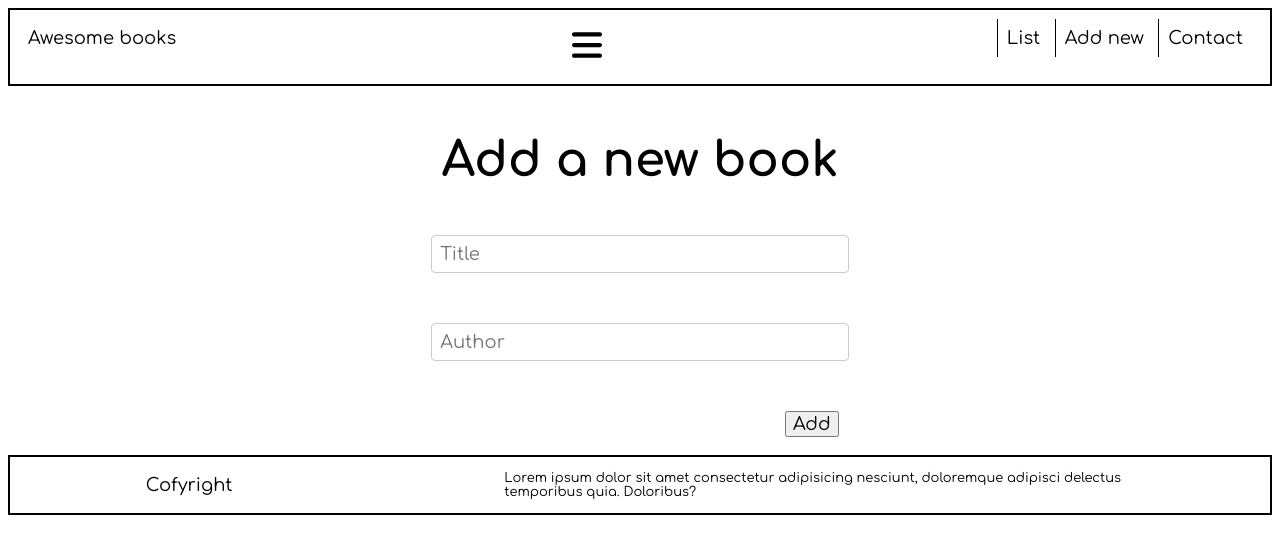
Repository: Salimer/Awesome-books
Page: index.html
An editor plug-in stored every save of this project. The page is shown before and after the next save, followed by the edit.
The browser window is 1280 px wide. The pictures show the whole page.
The style sheet was rebuilt from its Sass, Less or Tailwind sources for each picture, by a compiler version that may differ from the author's.

Above is the page before, as saved 2023-04-26 11:56:23.

### index.html
<!DOCTYPE html>
<html lang="en">
<head>
    <meta charset="UTF-8">
    <meta http-equiv="X-UA-Compatible" content="IE=edge">
    <meta name="viewport" content="width=device-width, initial-scale=1.0">
    <link rel="stylesheet" href="style.css">
    <link rel="preconnect" href="https://fonts.gstatic.com" crossorigin>
    <link href="https://fonts.googleapis.com/css2?family=Anton&family=Caveat:wght@400;500;600;700&family=Comfortaa:wght@300;400;500;600;700&family=Lato:wght@100;300;400;700;900&display=swap" rel="stylesheet">
    <title>Document</title>
</head>
<body>
    <header id="header">
        <a href="#">Awesome books</a>
        <div class="hamburger"><img src="Assets/nav.svg" alt="navigation"></div>
        <div class="dropdown-nav-menu">
            <a id="list-nav" class="nav-item" href="#">List</a>
            <a id="add-new-nav" class="nav-item" href="#">Add new</a>
            <a id="contact-nav" class="nav-item" href="#">Contact</a>
        </div>
    </header>
    <main>
        <section class="view-books hide">
            <h1>All Awesome books</h1>
            <article class="books">

            </article>
        </section>
        <section class="add-book-form">
            <form id="form">
                <article class="new-book">
                    <h1>Add a new book</h3>
                    <div class="input">
                        <input id="new-title" name="title" placeholder="Title"><br><br>
                        <input id="new-author" name="author" placeholder="Author"><br><br>
                    </div>
                    <button id="add-book" type="submit">Add</button>
                </article>
            </form>
        </section>
        <section class="new-contact-info hide">
            <div id="time">March 19th 2021, 9:25:32 am</div>
            <h1>Contact information</h1>
            <p class="contact-text">Do have any questions or you just want to say "Hello"?<br>You can reach out to us!</p>
            <ul class="contact-details">
                <li>Our e-mail: mail@mail.com</li>
                <li>Our phone number: 0043586534422</li>
                <li>Our address: Streetname 22, 84503 City, Country</li>
            </ul>
        </section>
    </main>
    <footer id="footer">
        <p>Cofyright</p>
        <p>Lorem ipsum dolor sit amet consectetur adipisicing  nesciunt, doloremque adipisci delectus temporibus quia. Doloribus?</p>
    </footer>

    <script src="script.js"></script>
</body>
</html>

### script.js
// Define page navigation
const listNav = document.querySelector('#list-nav');
const addNewNav = document.querySelector('#add-new-nav');
const contactNav = document.querySelector('#contact-nav');

// Define page sections
const viewBooksSection = document.querySelector('.view-books');
const addBookFormSection = document.querySelector('.add-book-form');
const newContactSection = document.querySelector('.new-contact-info');

/* Add event listeners */
// List event listener
listNav.addEventListener('click', () => {
  viewBooksSection.classList.remove('hide');
  addBookFormSection.classList.add('hide');
  newContactSection.classList.add('hide')
});

// New book event listener
addNewNav.addEventListener('click', () => {
  viewBooksSection.classList.add('hide');
  addBookFormSection.classList.remove('hide');
  newContactSection.classList.add('hide')
});

// Contact section event listener
contactNav.addEventListener('click', () => {
  viewBooksSection.classList.add('hide');
  addBookFormSection.classList.add('hide');
  newContactSection.classList.remove('hide')
});

/* eslint-disable max-classes-per-file */
class Book {
  constructor(title, author) {
    this.id = Date.now().toString(); // Generate unique ID based on timestamp
    this.title = title;
    this.author = author;
  }
}
/* eslint-disable max-classes-per-file */

class BooksCollection {
  constructor() {
    this.books = [];
  }

  addBook(title, author) {
    if (title === '' || author === '') {
      // eslint-disable-next-line no-alert
      alert('Please fill both fields');
    } else {
      const newBook = new Book(title, author);
      this.books.push(newBook);
    }
  }

  removeBook(id) {
    this.books = this.books.filter((book) => book.id !== id);
  }

  viewBooks() {
    // Remove all existing book elements from the container
    const container = document.querySelector('.books');
    while (container.firstChild) {
      container.removeChild(container.firstChild);
    }

    // Update books
    this.books.forEach((book) => {
      // Create the container div
      const bookInfo = document.createElement('div');
      bookInfo.className = 'book-info';
      bookInfo.innerHTML = `<p><span class="book-title">"${book.title}"</span> by <span class="book-author"> ${book.author}</span></p>`;

      // Create and append the button
      const button = document.createElement('button');
      button.className = 'remove-book';
      button.type = 'button';
      button.textContent = 'Remove';
      button.dataset.id = book.id; // Set the book ID as a data attribute
      bookInfo.appendChild(button);

      // Add event listener to remove button
      button.addEventListener('click', (event) => {
        const { id } = event.target.dataset;
        this.removeBook(id);
        this.viewBooks();
      });

      // Append the container div to the html
      container.appendChild(bookInfo);
    });

    // Update local storage
    this.saveBooks();
  }

  saveBooks() {
    localStorage.setItem('books', JSON.stringify(this.books));
  }

  loadBooks() {
    this.books = JSON.parse(localStorage.getItem('books')) || [];
  }

  init() {
    this.loadBooks();
    this.viewBooks();

    // Adding new book
    const addBookBtn = document.querySelector('#add-book');
    addBookBtn.addEventListener('click', () => {
      const form = document.getElementById('form');
      const title = document.querySelector('#new-title').value;
      const author = document.querySelector('#new-author').value;
      this.addBook(title, author);
      this.viewBooks();
      form.reset();
    });
  }
}

const booksCollection = new BooksCollection();
booksCollection.init();

### style.scss
* {
  font-family: 'Comfortaa', sans-serif;
  font-size: large;
}

h1 {
  align-self: center;
  font-weight: 700;
  font-size: xxx-large;
}

.hide {
  display: none !important;
}

#header {
  display: flex;
  justify-content: space-between;
  border: 2px solid black;
  padding: 1rem 1rem;

  a {
    text-decoration: none;
    color: black;
  }

  img {
    width: 30px;
  }

  .nav-item {
    padding: 0.5rem;
    border-left: 1px solid black;
  }
}

.view-books {
  display: flex;
  flex-direction: column;

  article {
    border: 2px solid black;
  }

  .book-info {
    display: flex;
    justify-content: space-between;
    padding: 0 1rem;

    &:nth-child(odd) {
      background-color: #ddd;
    }

    p {
      font-weight: 900;
    }

    button {
      margin: 8px 0;
      box-shadow: 6px 5px 5px 3px black;
      cursor: pointer;
    }
  }
}

#form {
  display: flex;
  flex-direction: column;
  align-items: center;

  .new-book {
    display: flex;
    flex-direction: column;
    align-items: center;

    .input {
      display: flex;
      flex-direction: column;
      align-items: center;

      input {
        padding: 8px;
        margin-bottom: 10px;
        border: 1px solid #ccc;
        border-radius: 4px;
        width: 170%;

        &:last-child {
          margin-bottom: 20px;
        }
      }
    }

    button {
      margin-left: auto;
    }
  }
}

.new-contact-info {
  display: flex;
  flex-direction: column;
  align-items: center;
  line-height: 1.6rem;

  #time {
    padding: 1rem;
    align-self: flex-end;
  }

  .contact-text {
    padding: 1rem 0;
  }
}

#footer {
  display: flex;
  justify-content: space-around;
  align-items: center;
  border: 2px solid black;
  margin-top: 1rem;

  p + p {
    font-size: small;
    width: 50%;
  }
}

After the next save:
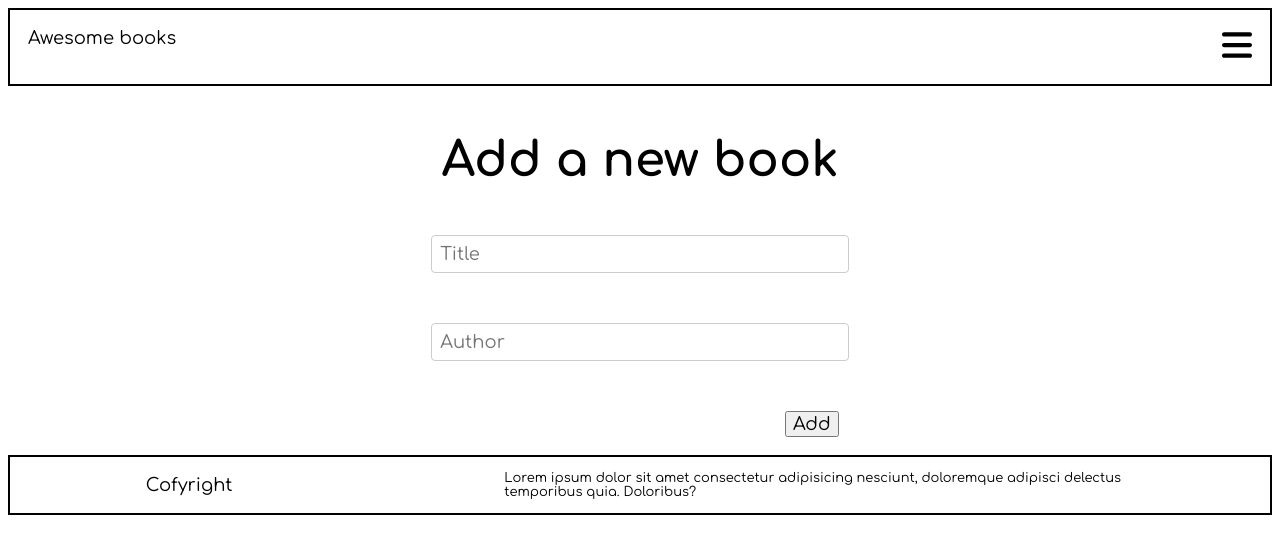
Saved 13 s later.
--- a/index.html
+++ b/index.html
@@ -13,7 +13,7 @@
     <header id="header">
         <a href="#">Awesome books</a>
         <div class="hamburger"><img src="Assets/nav.svg" alt="navigation"></div>
-        <div class="dropdown-nav-menu">
+        <div class="dropdown-nav-menu hide">
             <a id="list-nav" class="nav-item" href="#">List</a>
             <a id="add-new-nav" class="nav-item" href="#">Add new</a>
             <a id="contact-nav" class="nav-item" href="#">Contact</a>
